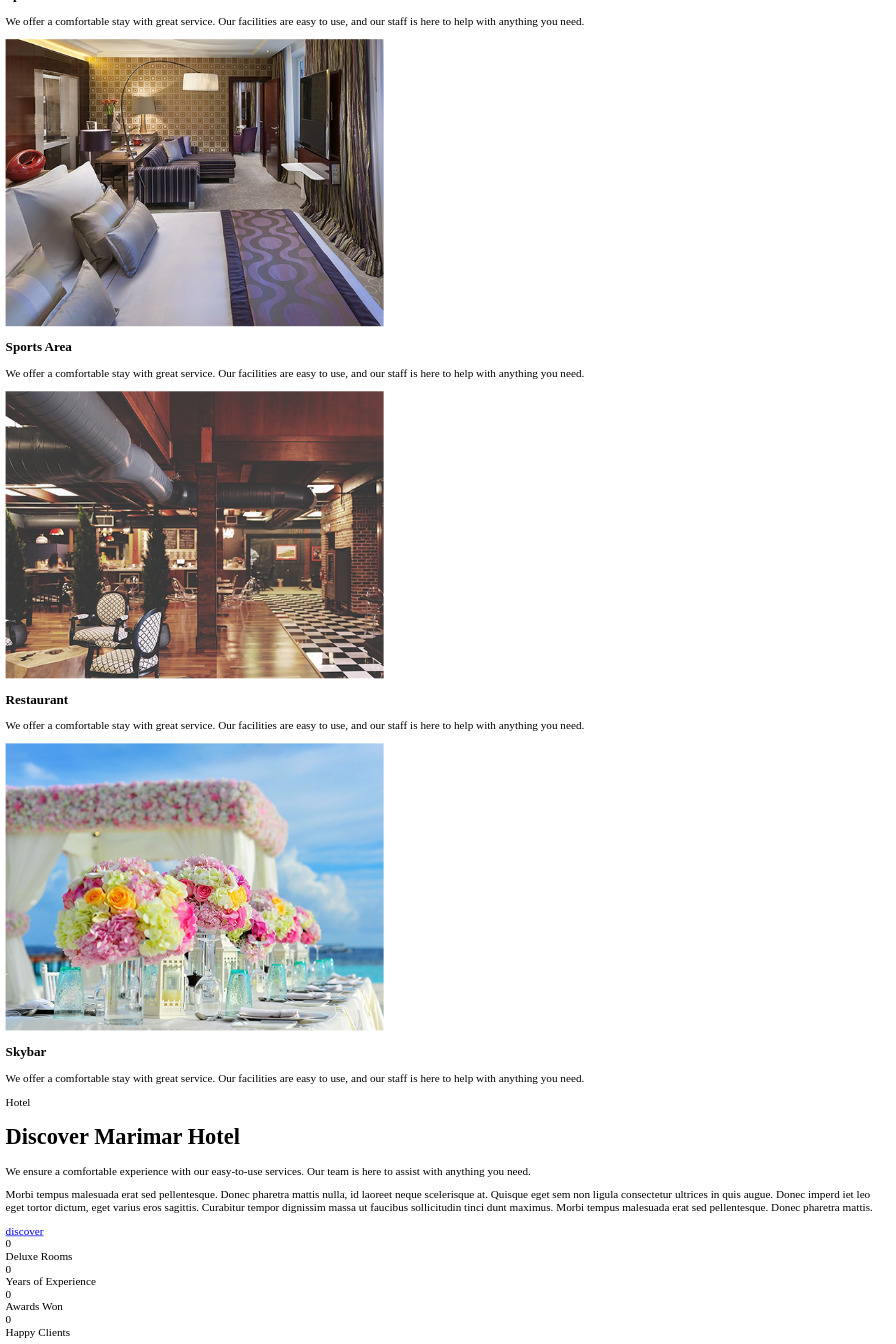
Repository: ITpatrick1/Accommodation-System
Page: http://localhost/aboutus.php
An editor plug-in stored every save of this project. The page is shown before and after the next save, followed by the edit.
The browser window is 1280 px wide. The pictures show the part of the page from y = 2400 to 4320 px (the page is 4320 px tall before and 4302 px after), at 70% of full size.
The page is run by PHP 8.4 with error messages shown; the project is at /var/www/html/.

Above is the page before, as saved 2024-08-19 01:00:46.

### aboutus.php
<h1>About Us</h1>
  <div class="intro">
    <div class="container">
      <div class="row row-eq-height">

        <!-- Intro Content -->
        <div class="col-lg-6">
          <div class="intro_content">
            <div class="section_title">
              <div>Hello</div>
              <h1>Amazing Hotel in front of the Sea</h1>
            </div>
            <div class="intro_text">
              <p>We provide top-notch services to make your stay as comfortable as possible. Our hotel offers everything you need for a relaxing experience, with well-designed rooms and convenient facilities. Our staff is here to help with anything you need, ensuring you have a great stay with us.".</p>
            </div>
           <!--  <div class="button intro_button"><a href="#">read more</a></div> -->
          </div>
        </div>

        <!-- Intro Image -->
        <div class="col-lg-6">
          <div class="intro_image">
            <div class="background_image" style="background-image:url(images/intro.jpg)"></div>
            <img src="images/intro.jpg" alt="">
          </div>
        </div>

      </div>
    </div>
  </div>

  <!-- Offering -->

  <div class="offering">
    <div class="container">
      <div class="row">
        <div class="col">
          <div class="section_title text-center">
            <div>Resort</div>
            <h1>What we offer</h1>
          </div>
        </div>
      </div>
      <div class="row offering_row">

        <!-- Offer Item -->
        <div class="col-xl-4 col-md-6">
          <div class="offer">
            <div class="offer_image"><img src="images/offer_1.jpg" alt=""></div>
            <div class="offer_content text-center">
              <div class="offer_title"><h3>Outdoor Pool</h3></div>
              <div class="offer_text">
                <p>We offer a comfortable stay with great service. Our facilities are easy to use, and our staff is here to help with anything you need.</p>
              </div>
            <!--   <div class="offer_button"><a href="#">discover</a></div> -->
            </div>
          </div>
        </div>

        <!-- Offer Item -->
        <div class="col-xl-4 col-md-6">
          <div class="offer">
            <div class="offer_image"><img src="images/offer_2.jpg" alt=""></div>
            <div class="offer_content text-center">
              <div class="offer_title"><h3>Indoor Pool</h3></div>
              <div class="offer_text">
                <p>We offer a comfortable stay with great service. Our facilities are easy to use, and our staff is here to help with anything you need.</p>
              </div>
            <!--   <div class="offer_button"><a href="#">discover</a></div> -->
            </div>
          </div>
        </div>

        <!-- Offer Item -->
        <div class="col-xl-4 col-md-6">
          <div class="offer">
            <div class="offer_image"><img src="images/offer_3.jpg" alt=""></div>
            <div class="offer_content text-center">
              <div class="offer_title"><h3>Spa Zone</h3></div>
              <div class="offer_text">
                <p>We offer a comfortable stay with great service. Our facilities are easy to use, and our staff is here to help with anything you need.</p>
              </div>
            <!--   <div class="offer_button"><a href="#">discover</a></div> -->
            </div>
          </div>
        </div>

        <!-- Offer Item -->
        <div class="col-xl-4 col-md-6">
          <div class="offer">
            <div class="offer_image"><img src="images/offer_4.jpg" alt=""></div>
            <div class="offer_content text-center">
              <div class="offer_title"><h3>Sports Area</h3></div>
              <div class="offer_text">
                <p>We offer a comfortable stay with great service. Our facilities are easy to use, and our staff is here to help with anything you need.</p>
              </div>
            <!--   <div class="offer_button"><a href="#">discover</a></div> -->
            </div>
          </div>
        </div>

        <!-- Offer Item -->
        <div class="col-xl-4 col-md-6">
          <div class="offer">
            <div class="offer_image"><img src="images/offer_5.jpg" alt=""></div>
            <div class="offer_content text-center">
              <div class="offer_title"><h3>Restaurant</h3></div>
              <div class="offer_text">
                <p>We offer a comfortable stay with great service. Our facilities are easy to use, and our staff is here to help with anything you need.</p>
              </div>
            <!--   <div class="offer_button"><a href="#">discover</a></div> -->
            </div>
          </div>
        </div>

        <!-- Offer Item -->
        <div class="col-xl-4 col-md-6">
          <div class="offer">
            <div class="offer_image"><img src="images/offer_6.jpg" alt=""></div>
            <div class="offer_content text-center">
              <div class="offer_title"><h3>Skybar</h3></div>
              <div class="offer_text">
                <p>We offer a comfortable stay with great service. Our facilities are easy to use, and our staff is here to help with anything you need.</p>
              </div>
            <!--   <div class="offer_button"><a href="#">discover</a></div> -->
            </div>
          </div>
        </div>

      </div>
    </div>
  </div>

  <!-- Discover -->

  <div class="discover">

    <!-- Discover Content -->
    <div class="discover_content">
      <div class="container">
        <div class="row">

          <!-- Discover Content -->
          <div class="col-xl-5 col-lg-6">
            <div class="section_title">
              <div>Hotel</div>
              <h1>Discover Marimar Hotel</h1>
            </div>
            <div class="discover_highlight">
              <p>We ensure a comfortable experience with our easy-to-use services. Our team is here to assist with anything you need.</p>
            </div>
            <div class="discover_text">
              <p>Morbi tempus malesuada erat sed pellentesque. Donec pharetra mattis nulla, id laoreet neque scelerisque at. Quisque eget sem non ligula consectetur ultrices in quis augue. Donec imperd iet leo eget tortor dictum, eget varius eros sagittis. Curabitur tempor dignissim massa ut faucibus sollicitudin tinci dunt maximus. Morbi tempus malesuada erat sed pellentesque. Donec pharetra mattis.</p>
            </div>
            <div class="button discover_button"><a href="#">discover</a></div>
          </div>

          <!-- Milestones -->
          <div class="col-lg-6 offset-xl-1">
            <div class="milestones d-flex flex-row align-items-start justify-content-start flex-wrap">

              <!-- Milestone -->
              <div class="milestone">
                <div class="milestone_counter" data-end-value="75">0</div>
                <div class="milestone_text">Deluxe Rooms</div>
              </div>

              <!-- Milestone -->
              <div class="milestone">
                <div class="milestone_counter" data-end-value="110">0</div>
                <div class="milestone_text">Years of Experience</div>
              </div>

              <!-- Milestone -->
              <div class="milestone">
                <div class="milestone_counter" data-end-value="31">0</div>
                <div class="milestone_text">Awards Won</div>
              </div>

              <!-- Milestone -->
              <div class="milestone">
                <div class="milestone_counter" data-end-value="51" data-sign-after="k">0</div>
                <div class="milestone_text">Happy Clients</div>
              </div>

            </div>
          </div>

        </div>
      </div>
    </div>

  </div>

After the next save:
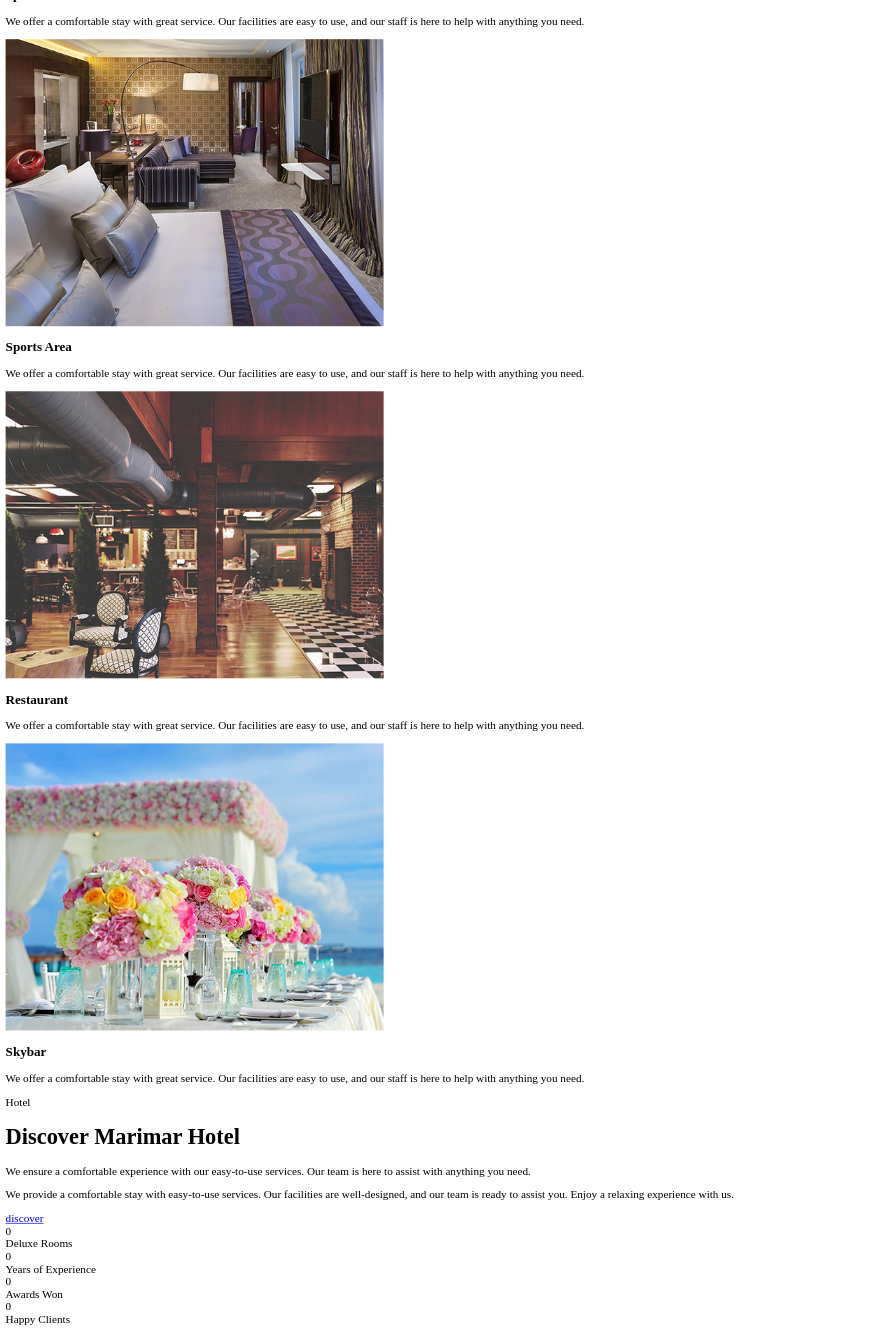
Saved 32 s later.
--- a/aboutus.php
+++ b/aboutus.php
@@ -150,7 +150,7 @@
               <p>We ensure a comfortable experience with our easy-to-use services. Our team is here to assist with anything you need.</p>
             </div>
             <div class="discover_text">
-              <p>Morbi tempus malesuada erat sed pellentesque. Donec pharetra mattis nulla, id laoreet neque scelerisque at. Quisque eget sem non ligula consectetur ultrices in quis augue. Donec imperd iet leo eget tortor dictum, eget varius eros sagittis. Curabitur tempor dignissim massa ut faucibus sollicitudin tinci dunt maximus. Morbi tempus malesuada erat sed pellentesque. Donec pharetra mattis.</p>
+              <p>We provide a comfortable stay with easy-to-use services. Our facilities are well-designed, and our team is ready to assist you. Enjoy a relaxing experience with us.</p>
             </div>
             <div class="button discover_button"><a href="#">discover</a></div>
           </div>
